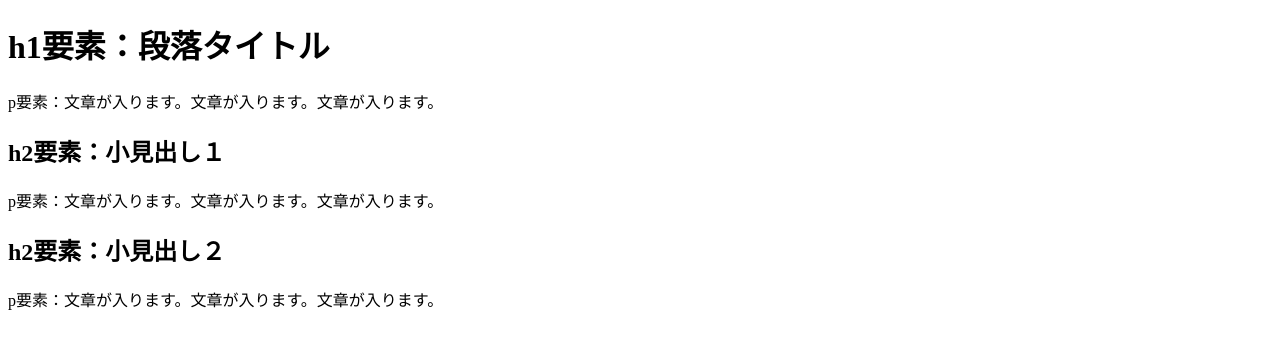
Repository: NozomiKatagiri/samurai
Page: index.html
The author's editor kept a record of every edit. The page is drawn from the files as they stood at one moment, then again after the next edit.
The browser window is 1280 px wide. The pictures show the whole page.

Above is the page before.

### index.html
<!DOCTYPE html>
<html lang="ja">
<head>
  <meta charset="UTF-8">
  <meta name="viewport" content="width=device-width, initial-scale=1.0">
  <meta http-equiv="X-UA-Compatible" content="ie=edge">
  <title>HTML/CSSの学習</title>
</head>
<body>
<h1>h1要素：段落タイトル</h1>
<p>p要素：文章が入ります。文章が入ります。文章が入ります。</p>

<h2>h2要素：小見出し１</h2>
<p>p要素：文章が入ります。文章が入ります。文章が入ります。</p>

<h2>h2要素：小見出し２</h2>
<p>p要素：文章が入ります。文章が入ります。文章が入ります。</p>
</body>
</html>

After the next edit:
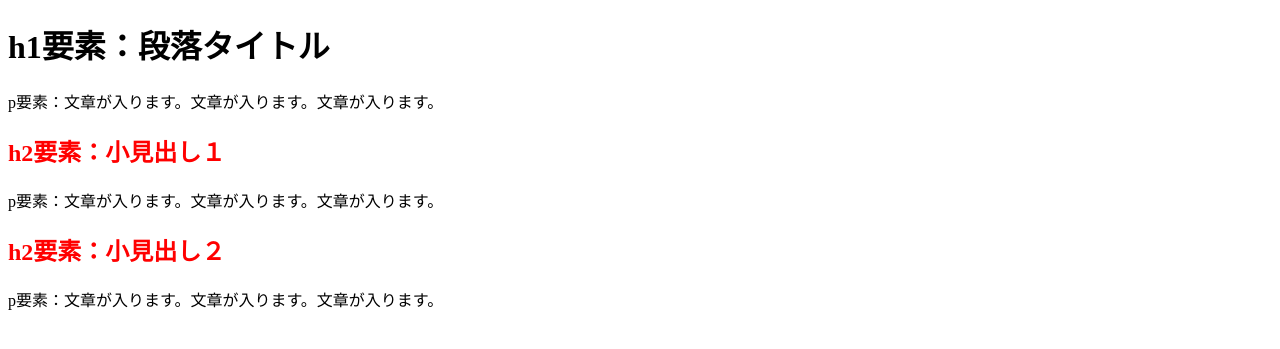
The edit:
--- a/index.html
+++ b/index.html
@@ -5,6 +5,11 @@
   <meta name="viewport" content="width=device-width, initial-scale=1.0">
   <meta http-equiv="X-UA-Compatible" content="ie=edge">
   <title>HTML/CSSの学習</title>
+  <style type="text/css">
+    h2{
+      color:red;
+    }
+  </style>
 </head>
 <body>
 <h1>h1要素：段落タイトル</h1>
